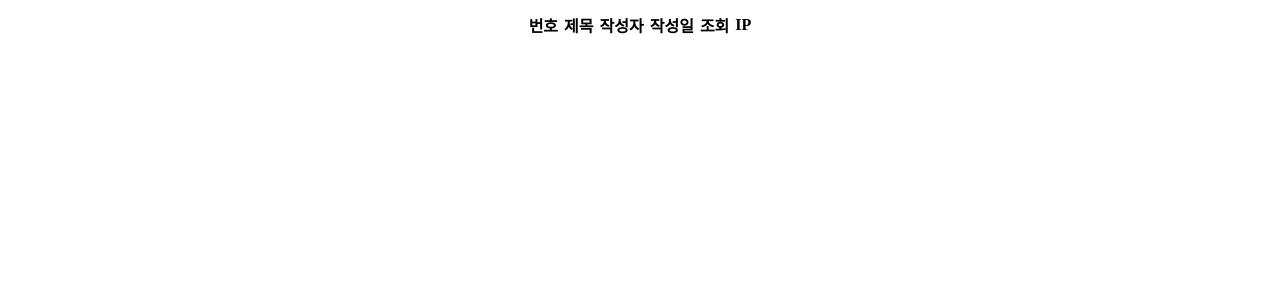
Repository: dlswn666/SpringStudy
Page: http://localhost/boardMVC/list.jsp
The author's editor kept a copy of each file at every save. The page is drawn from the files as they stood at one save, then again after the next save.
The browser window is 1280 px wide. The pictures show the whole page.
The page is served by Tomcat 9. Nobody is signed in. The application's start-up code is not run.

Above is the page before, as saved 2021-02-27 08:30:27.

After the next save:
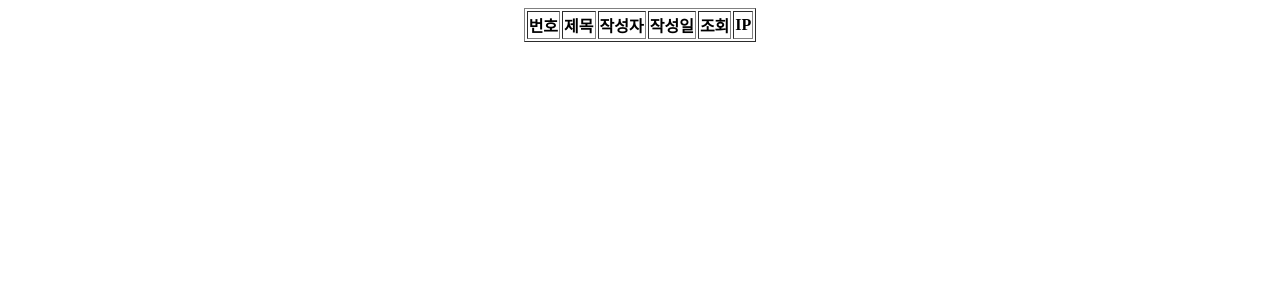
Saved 24 s later.
--- a/boardMVC/WebContent/list.jsp
+++ b/boardMVC/WebContent/list.jsp
@@ -10,9 +10,9 @@
 
 	<div align="center">
 	<form action="" method=""></form>
-		<table border="1" bordercolor="white">
+		<table border="1">
 			<tr backgroundcolor="green">
-				<th>번호</th>
+				<th width=>번호</th>
 				<th>제목</th>
 				<th>작성자</th>
 				<th>작성일</th>
